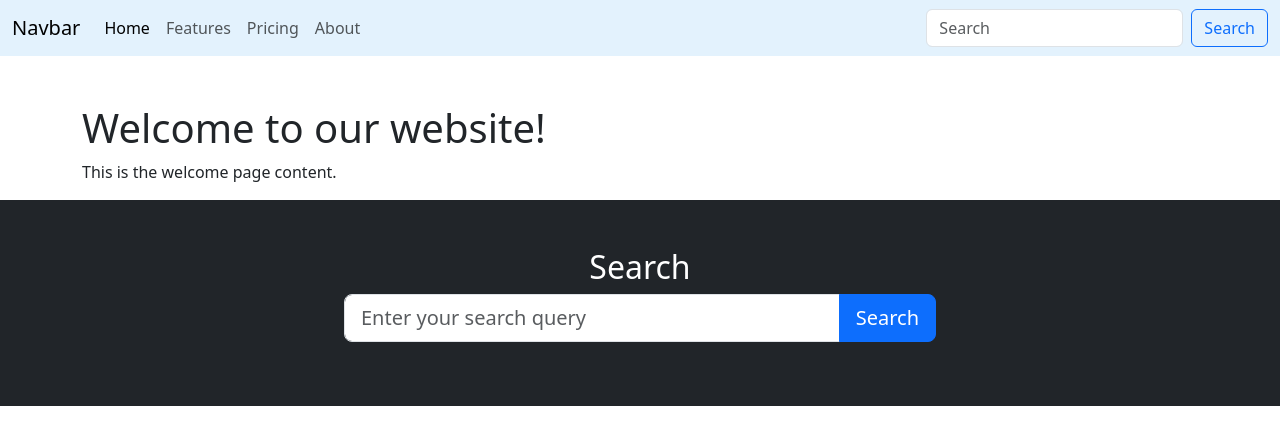
Repository: gyfffffff/meishimeike_test
Page: meishimeike/hello.html
The author's editor kept a copy of each file at every save. The page is drawn from the files as they stood at one save, then again after the next save.
The browser window is 1280 px wide. The pictures show the whole page.

Above is the page before, as saved 2023-07-13 10:36:35.

### meishimeike/hello.html
<!DOCTYPE html>
<html lang="en">

<head>
    <meta charset="UTF-8">
    <meta name="viewport" content="width=device-width, initial-scale=1.0">
    <link rel="stylesheet" href="https://cdn.jsdelivr.net/npm/bootstrap@5.3.0/dist/css/bootstrap.min.css">
    <title>美食每刻</title>
</head>

<body>
    <nav class="navbar navbar-expand-lg" style="background-color: #e3f2fd;" data-bs-theme="light">
        <div class="container-fluid">
            <a class="navbar-brand" href="#">Navbar</a>
            <button class="navbar-toggler collapsed" type="button" data-bs-toggle="collapse" data-bs-target="#navbarColor03"
                aria-controls="navbarColor03" aria-expanded="false" aria-label="Toggle navigation">
                <span class="navbar-toggler-icon"></span>
            </button>
            <div class="navbar-collapse collapse" id="navbarColor03" style="">
                <ul class="navbar-nav me-auto mb-2 mb-lg-0">
                    <li class="nav-item">
                        <a class="nav-link active" aria-current="page" href="#">Home</a>
                    </li>
                    <li class="nav-item">
                        <a class="nav-link" href="#">Features</a>
                    </li>
                    <li class="nav-item">
                        <a class="nav-link" href="#">Pricing</a>
                    </li>
                    <li class="nav-item">
                        <a class="nav-link" href="#">About</a>
                    </li>
                </ul>
                <form class="d-flex" role="search">
                    <input class="form-control me-2" type="search" placeholder="Search" aria-label="Search">
                    <button class="btn btn-outline-primary" type="submit">Search</button>
                </form>
            </div>
        </div>
    </nav>

    <div class="container mt-5">
        <h1>Welcome to our website!</h1>
        <p>This is the welcome page content.</p>
    </div>

    <div class="container-fluid bg-dark text-center p-5">
        <h2 class="text-white">Search</h2>
        <div class="input-group mb-3 w-50 mx-auto">
            <input type="text" class="form-control form-control-lg" placeholder="Enter your search query">
            <button class="btn btn-primary btn-lg" type="button">Search</button>
        </div>
    </div>

    <script src="https://cdn.jsdelivr.net/npm/bootstrap@5.3.0/dist/js/bootstrap.bundle.min.js"></script>
</body>

</html>

After the next save:
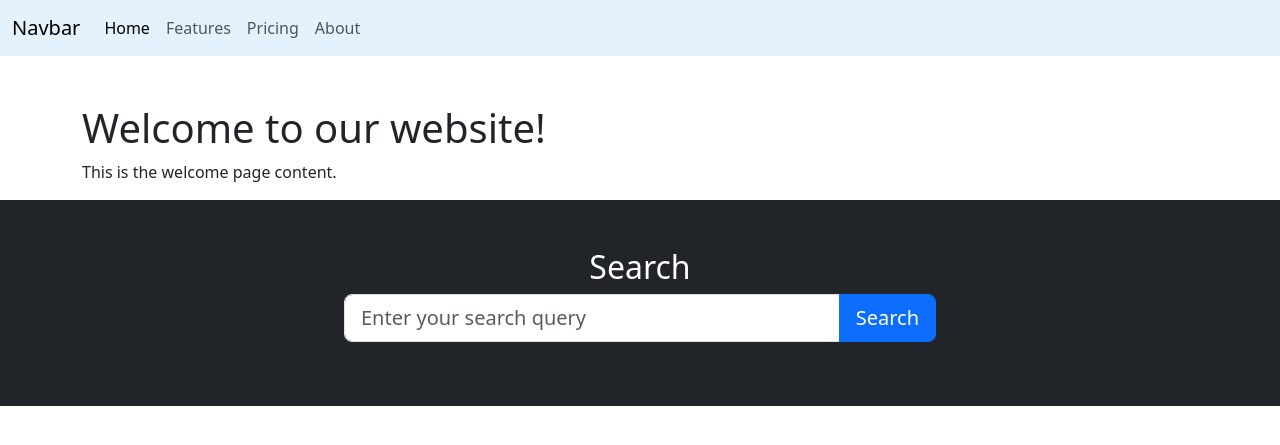
Saved 115 s later.
--- a/meishimeike/hello.html
+++ b/meishimeike/hello.html
@@ -31,10 +31,10 @@
                         <a class="nav-link" href="#">About</a>
                     </li>
                 </ul>
-                <form class="d-flex" role="search">
+                <!-- <form class="d-flex" role="search">
                     <input class="form-control me-2" type="search" placeholder="Search" aria-label="Search">
                     <button class="btn btn-outline-primary" type="submit">Search</button>
-                </form>
+                </form> -->
             </div>
         </div>
     </nav>
